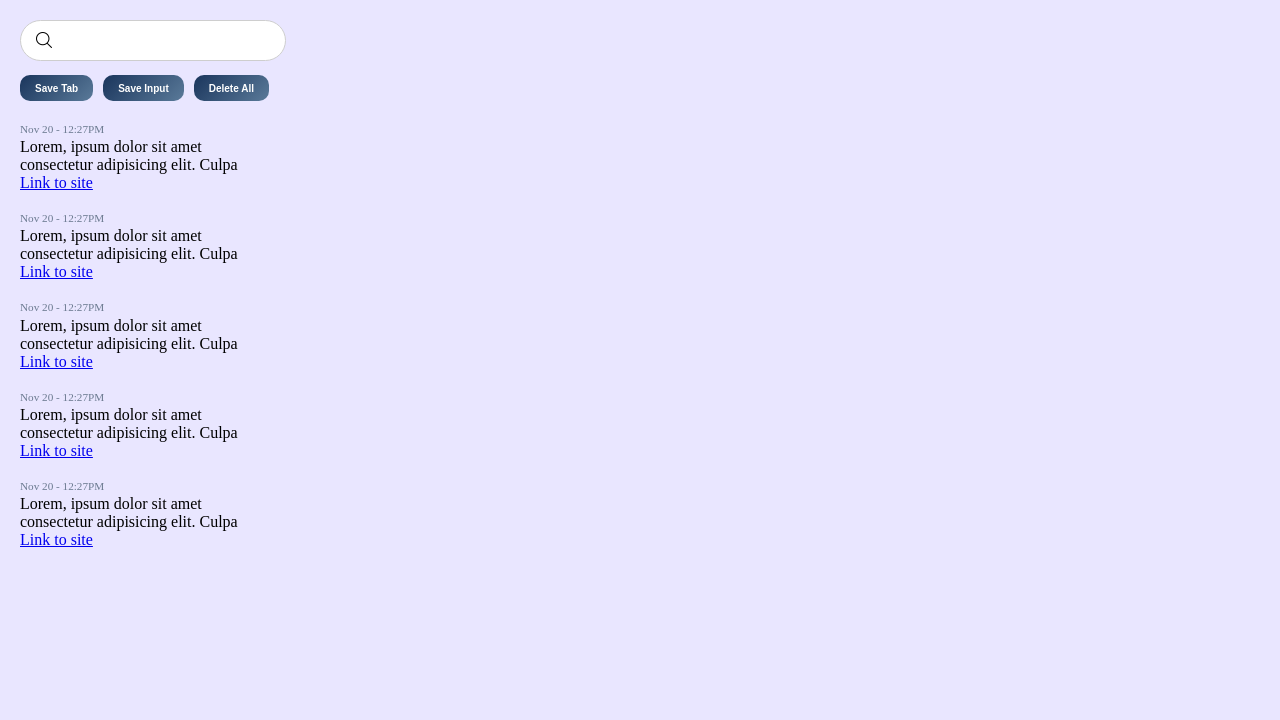
Repository: IdowuMicheal-1/Text-Tab-Organizer
Page: popup.html
These files come from the project's save history. The page is drawn as it stood at one moment and after the next save; the edit follows.
The browser window is 1280 px wide. The pictures show the whole page.

Above is the page before, as saved 2025-05-14 14:29:55.

### popup.html
<!DOCTYPE html>
<html lang="en">
  <head>
    <meta charset="UTF-8" />
    <meta name="viewport" content="width=device-width, initial-scale=1.0" />
    <link rel="stylesheet" href="./popup.css" />
    <title>Tabs</title>
  </head>
  <body>
    <div class="top-div">
      <div class="input-div">
        <input type="text" class="text-ipt" />
        <img src="./assets/search.png" class="search-icon" />
      </div>
      <div>
        <div class="btn-div">
          <button class="tabs-btn">Save Tab</button>
          <button class="tabs-btn">Save Input</button>
          <button class="tabs-btn">Delete All</button>
        </div>
      </div>
      <ul id="content-list"></ul>
    </div>
    <script src="./popup.js"></script>
  </body>
</html>

### popup.css
*,
::before,
::after {
  margin: 0;
  padding: 0;
}

body {
  width: 300px;
  height: 100px;
  min-height: 100px;
  background-color: #e9e6ff;
}

*::-webkit-scrollbar {
  display: none;
}

* {
  -ms-overflow-style: none;
  scrollbar-width: none;
}

.top-div {
  width: 100%;
  padding: 20px;
}

.input-div {
  position: relative;
  width: 100%;
}

.search-icon {
  position: absolute;
  top: 12px;
  left: 16px;
  width: 16px;
  height: 16px;
  color: #cecece;
  filter: brightness(20%);
}

.text-ipt {
  width: 220px;
  border-radius: 24px;
  padding: 12px 8px;
  border: 1px solid #cecece;
  padding-left: 36px;
  color: #303030;
}
.save {
  font-size: 14px;
  font-weight: 500;
  color: #13294d;
  margin: 0;
}

.btn-div {
  display: flex;
  align-items: center;
  gap: 10px;
  margin-top: 16px;
}

.tabs-btn {
  background: linear-gradient(
    135deg,
    #13294d,
    #4f6d92
  ); /* Choose the one you prefer */
  color: white;
  padding: 0.75em 1.5em;
  border: none;
  border-radius: 10px;
  font-weight: 600;
  cursor: pointer;
  transition: background 0.3s ease, transform 0.2s ease;
  font-size: 10px;
  text-wrap: nowrap;
}

.tabs-btn {
  background: linear-gradient(
    135deg,
    #1a355c,
    #5a7a99
  ); /* slightly lighter on hover */
  transform: translateY(-2px);
}

.content-card {
  background: white;
  border-radius: 12px;
  padding: 1.5rem;
  box-shadow: 0 4px 12px rgba(0, 0, 0, 0.06);
  max-width: 600px;
  margin: 1rem auto;
  color: #13294d;
  font-family: "Segoe UI", sans-serif;
  line-height: 1.6;
}

.div-content {
  margin-top: 20px;
  list-style: none;
}

.date-read {
  font-size: 0.7rem;
  color: #6b7a90;
  margin-bottom: 0;
  font-weight: 500;
}

.content-text {
  margin-bottom: 0rem;
  text-wrap: wrap;
  width: 250px;
  margin-top: 0.2rem;
}

.content-card > a {
  color: #1a4fff;
  text-decoration: none;
  font-weight: 500;
}

.content-card > a:hover {
  text-decoration: underline;
}

#content-list {
  padding-left: 0px;
}

### popup.js
const listContent = document.getElementById("content-list");

const ITEMS = [
    {
        "date":"Nov 20 - 12:27PM",
        "content":"Lorem, ipsum dolor sit amet consectetur adipisicing elit. Culpa",
        "link":"#"
    },
    {
        "date":"Nov 20 - 12:27PM",
        "content":"Lorem, ipsum dolor sit amet consectetur adipisicing elit. Culpa",
        "link":"#"
    },
    {
        "date":"Nov 20 - 12:27PM",
        "content":"Lorem, ipsum dolor sit amet consectetur adipisicing elit. Culpa",
        "link":"#"
    },
    {
        "date":"Nov 20 - 12:27PM",
        "content":"Lorem, ipsum dolor sit amet consectetur adipisicing elit. Culpa",
        "link":"#"
    },
    {
        "date":"Nov 20 - 12:27PM",
        "content":"Lorem, ipsum dolor sit amet consectetur adipisicing elit. Culpa",
        "link":"#"
    }
]

// const items = Array.from({ length: 5 });
ITEMS.map((items, index) => {
  const li = document.createElement("li");
  li.className = "div-content";
  li.innerHTML = `

          <div class="date-read">Nov 20 - 12:27PM</div>
          <p class="content-text">
            Lorem, ipsum dolor sit amet consectetur adipisicing elit. Culpa
          </p>
          <p><a href="#">Link to site</a></p>
       `;
    listContent.appendChild(li);
});

After the next save:
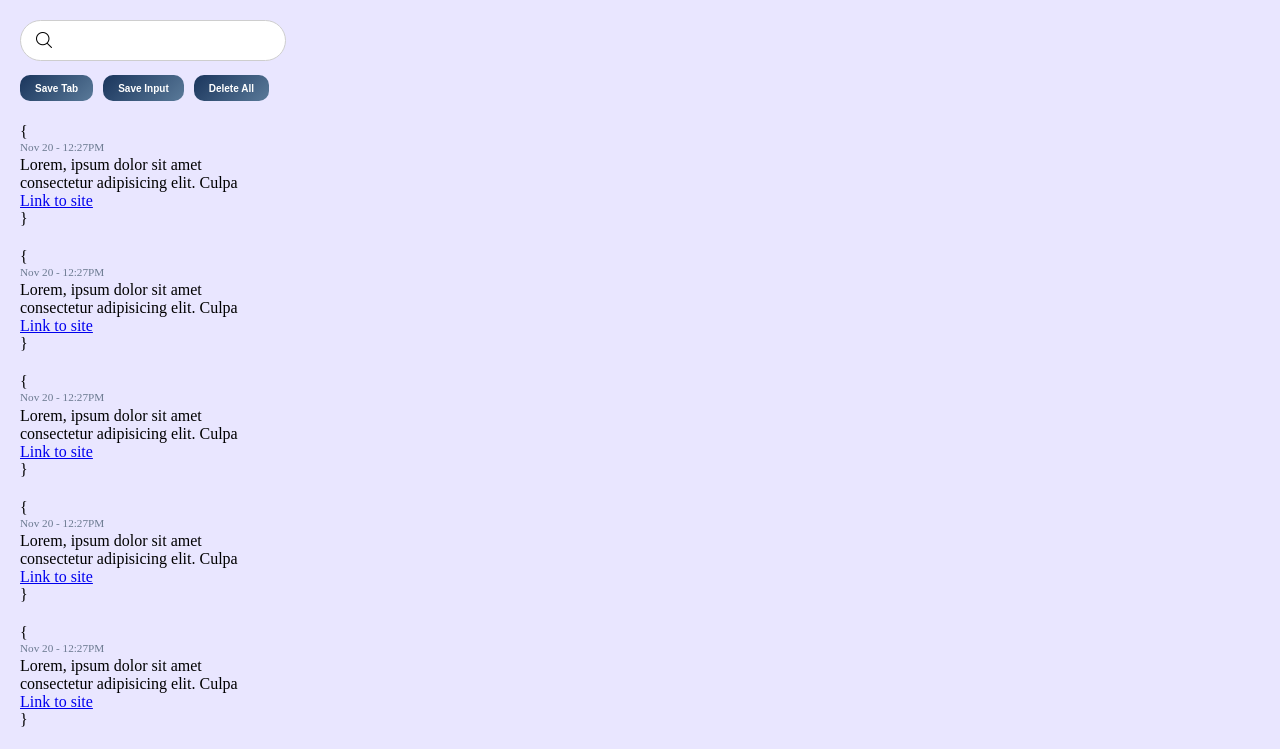
Saved 17 s later.
--- a/popup.js
+++ b/popup.js
@@ -34,11 +34,11 @@ ITEMS.map((items, index) => {
   li.className = "div-content";
   li.innerHTML = `
 
-          <div class="date-read">Nov 20 - 12:27PM</div>
+          {<div class="date-read">Nov 20 - 12:27PM</div>
           <p class="content-text">
             Lorem, ipsum dolor sit amet consectetur adipisicing elit. Culpa
           </p>
-          <p><a href="#">Link to site</a></p>
+          <p><a href="#">Link to site</a></p>}
        `;
     listContent.appendChild(li);
 });
